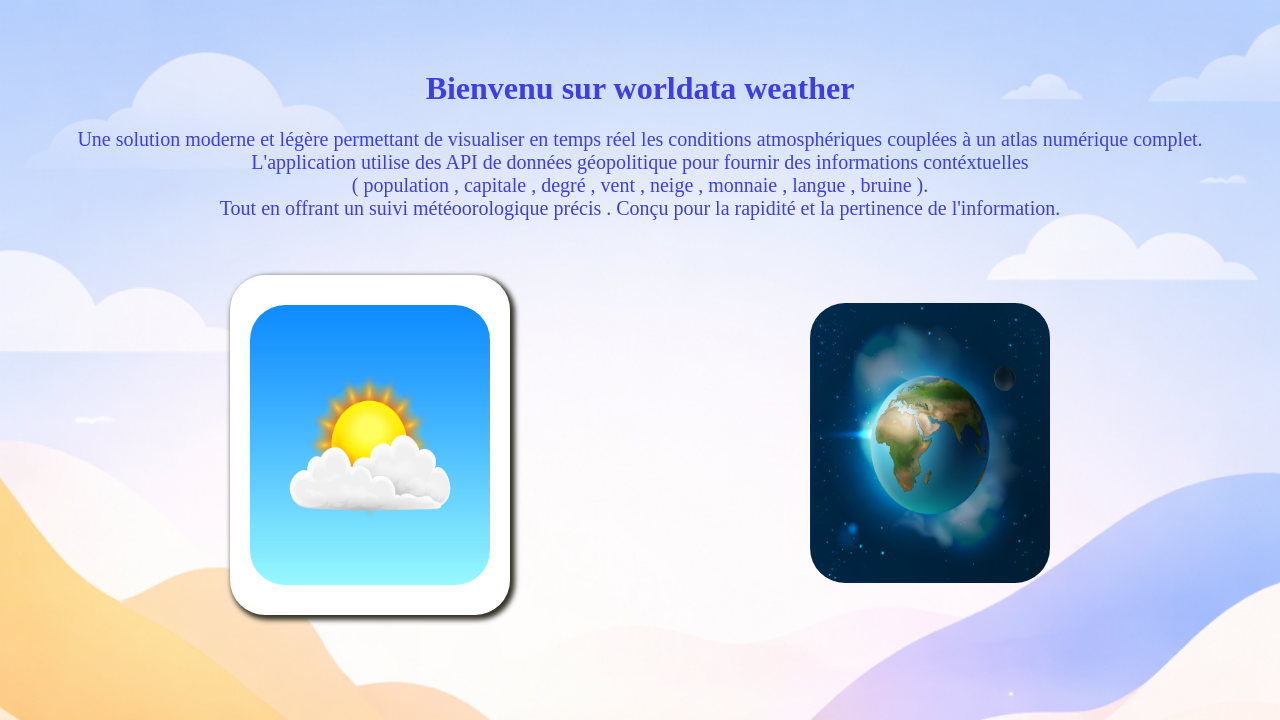
Repository: assanendao171/meteo
Page: index.html
An editor plug-in stored every save of this project. The page is shown before and after the next save, followed by the edit.
The browser window is 1280 px wide. The pictures show the whole page.

Above is the page before, as saved 2026-03-18 17:10:40.

After the next save:
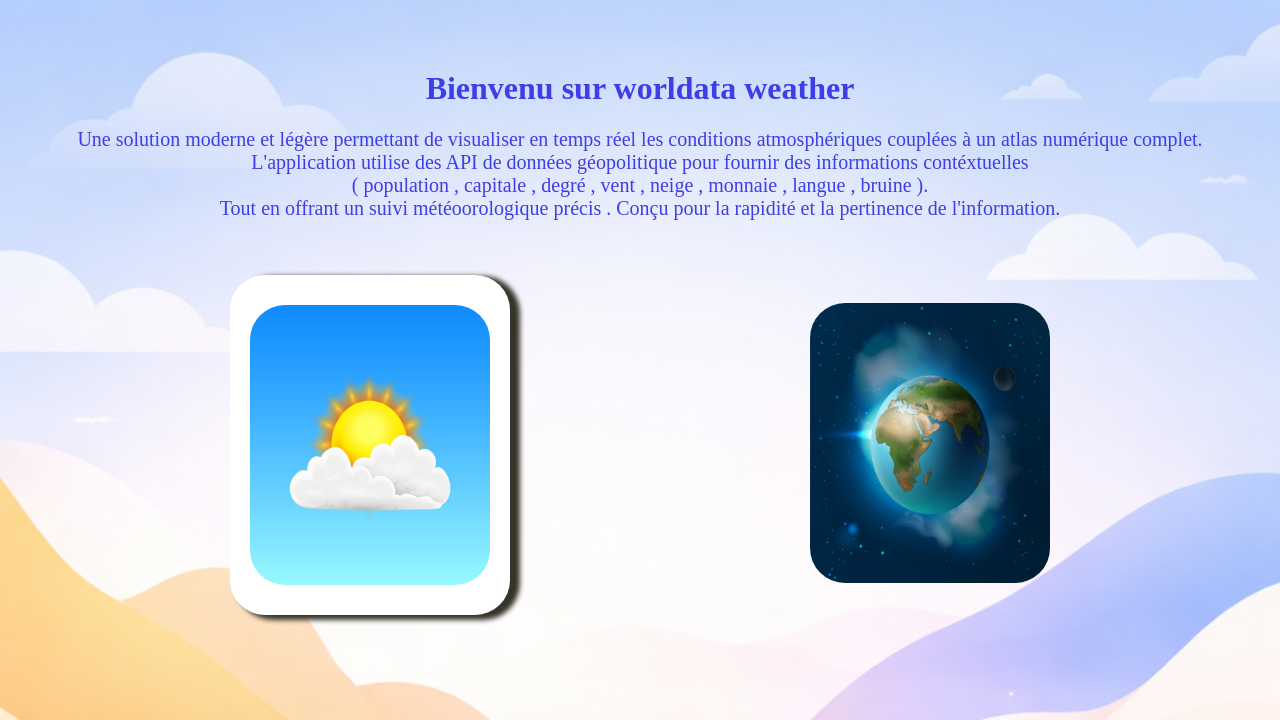
Saved 9 s later.
--- a/style.css
+++ b/style.css
@@ -37,5 +37,5 @@ p{
     justify-content: center;
     align-items: center;
     border-radius: 35px;
-    box-shadow: 3px 3px 5px 2px rgb(54, 52, 41);
+    box-shadow: 8px 3px 5px 2px rgb(54, 52, 41);
 }
